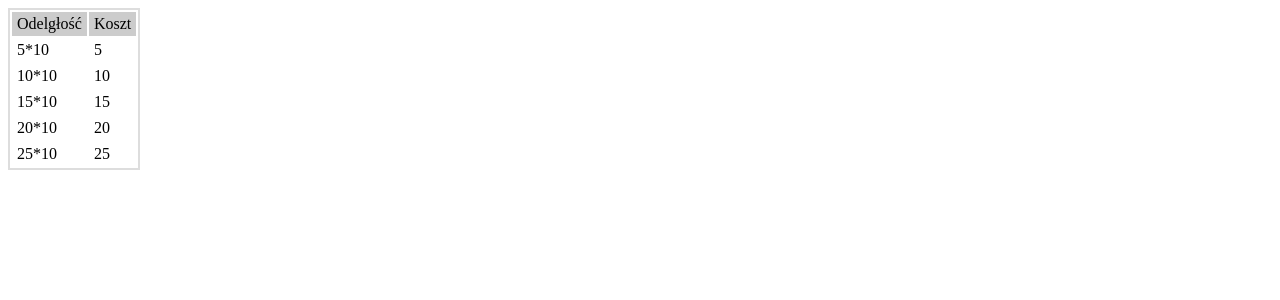
Repository: gabr/workspace
Page: http://localhost/
An editor plug-in stored every save of this project. The page is shown before and after the next save, followed by the edit.
The browser window is 1280 px wide. The pictures show the whole page.
The page is run by PHP 8.4 with error messages shown; the project is at /var/www/html/.

Above is the page before, as saved 2013-02-25 16:38:45.

After the next save:
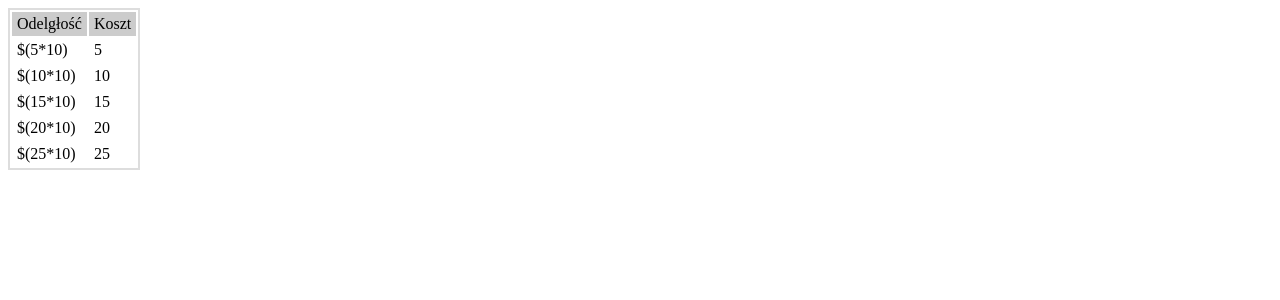
Saved 15 s later.
--- a/php 003 - petle/index.php
+++ b/php 003 - petle/index.php
@@ -15,7 +15,7 @@
 
     for($i=5; $i <= 25; $i+=5) {
 		echo "<tr>\n";
-		echo "\t<td>$i*10</td>\n";
+		echo "\t<td>$($i*10)</td>\n";
 		echo "\t<td>$i</td>\n";
 		echo "</tr>\n";
 	};
